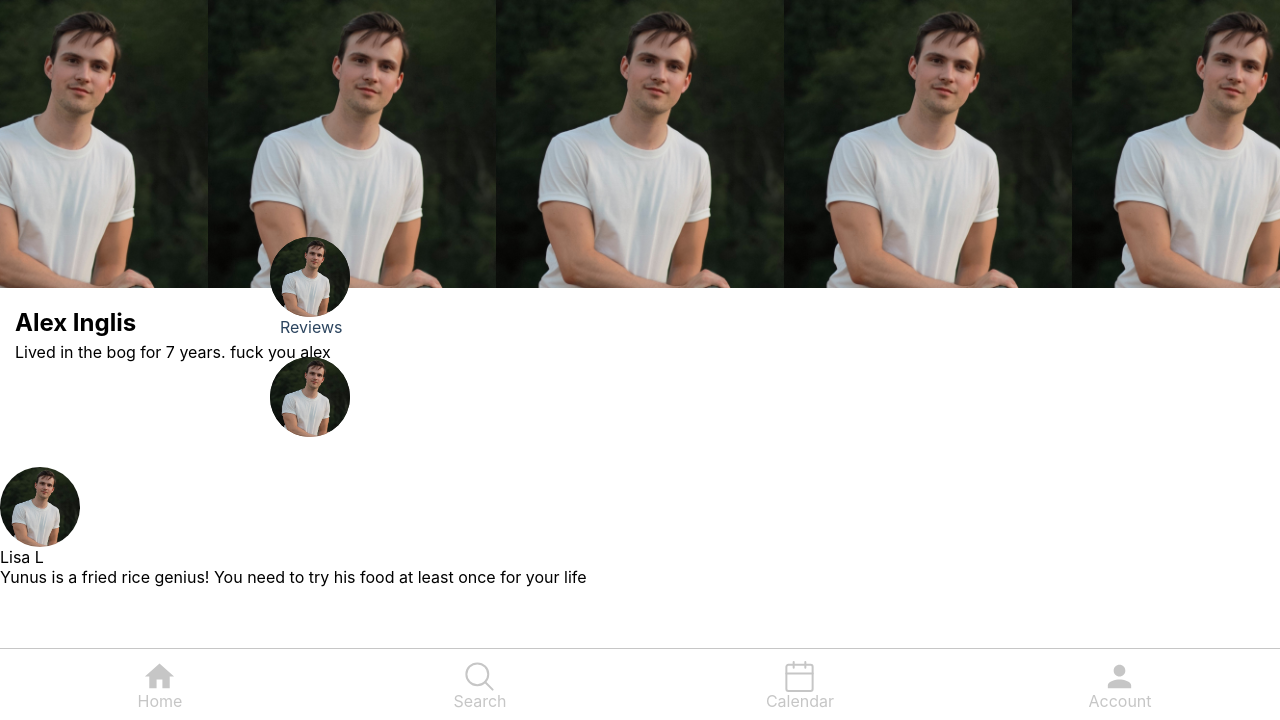
Repository: nguyenlejoe/HomeChef
Page: /MyAccountGourmet (app in app/)
An editor plug-in stored every save of this project. The page is shown before and after the next save, followed by the edit.
The browser window is 1280 px wide. The pictures show the whole page.
The project was rebuilt for these pictures with package versions that can differ from the ones it lists, and the page was loaded fresh each time. Also part of the build but not shown: app/src/comps/MainButton/index.js, app/src/comps/ActivityPost/index.js.

Above is the page before, as saved 2020-11-07 11:15:40.

After the next save:
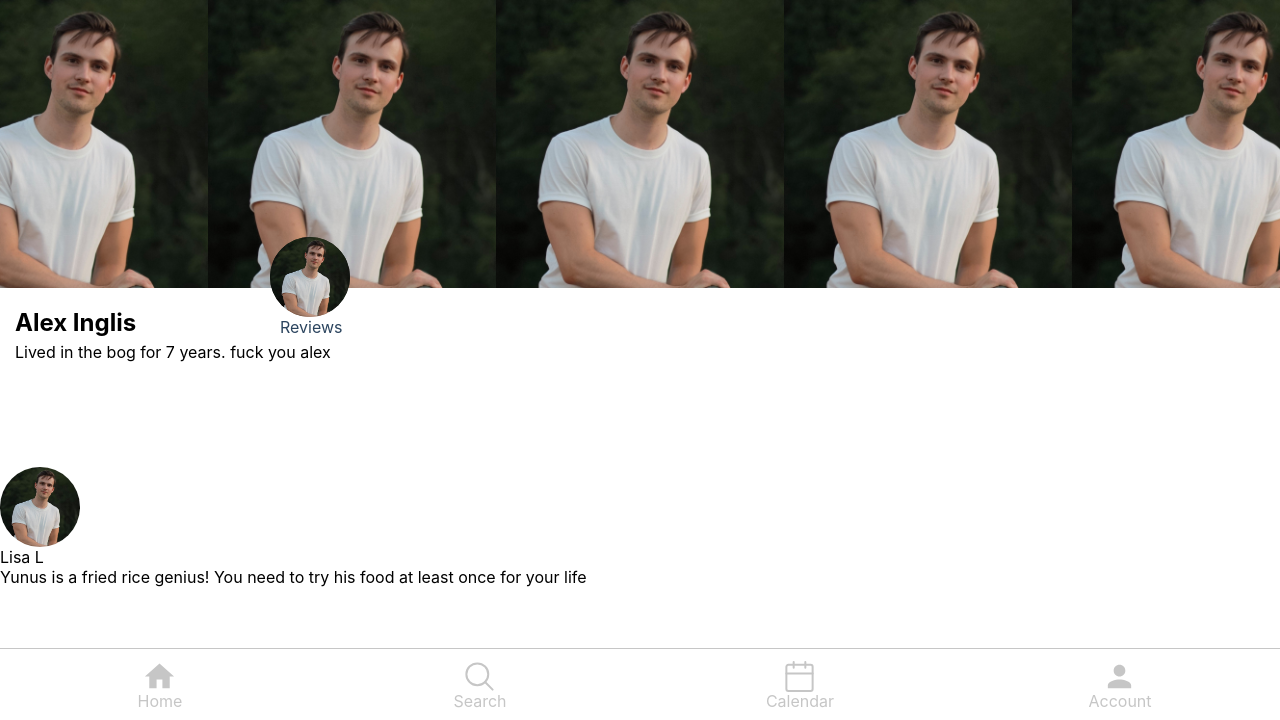
Saved 47 s later.
--- a/app/src/pages/ChefReview.js
+++ b/app/src/pages/ChefReview.js
@@ -35,19 +35,6 @@ export default function Home() {
                 </div>
                 <div>Yunus is a fried rice genius! You need to try his food at least once for your life</div>
             </div>
-            <div className="review">
-                <div className="AvatarBox">
-                    <div>
-                         <Avatar></Avatar>
-                    </div>
-
-                </div>
-            </div>
-            <div className="review">
-                <div className="AvatarBox">
-                    <Avatar></Avatar>
-                </div>
-            </div>
         </div>
 
         <div className="Nav">
